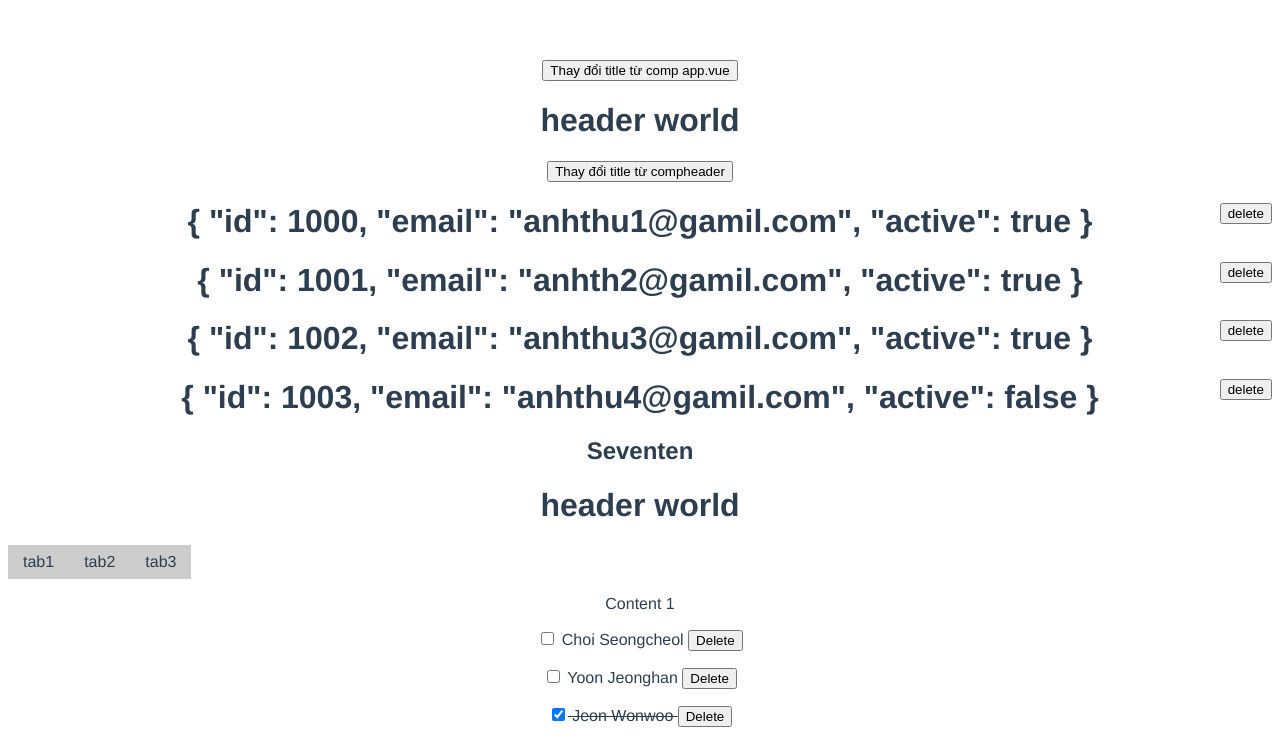
Repository: anhthu112/Todo-list
Page: /
The author's editor kept a copy of each file at every save. The page is drawn from the files as they stood at one save, then again after the next save.
The browser window is 1280 px wide. The pictures show the whole page.
The project was rebuilt for these pictures with package versions that can differ from the ones it lists, and the page was loaded fresh each time. Also part of the build but not shown: vue.config.js.

Above is the page before, as saved 2024-01-30 22:42:50.

### src/App.vue
<template>
  <div class="container">
    <button v-on:click="title='Yoon Jeonghan'">Thay đổi title từ comp app.vue</button>
    <CompHeader v-bind:titles="title"
    v-on:changeTitleEvents="changeTitleEvent"
    />
    <ListUser v-bind:listUser="listUser" v-bind:text="textSvt"
    v-on:deleteEvent="handleDeleteUser"
    />
    <ComFooter v-bind:title="title"/>
    <DemoRef>
      <p>mệt quá em muốn về nhà</p>
    </DemoRef>
  </div>
  <CompTodo v-on:deleteItem="deleteItem"/>

</template>

<script>
import CompHeader from './components/CompHeader.vue';
import ComFooter from './components/ComFooter.vue';
import ListUser from './components/ListUser.vue';
import DemoRef from './components/DemoRef.vue';
import CompTodo from './components/CompTodo.vue'
export default {
  name: 'App',
  data(){
    return {
      title:'header world',
      listUser : [
        {id:1000, email:'anhthu1@gamil.com', active: true},
        {id:1001, email:'anhth2@gamil.com', active: true},
        {id:1002, email:'anhthu3@gamil.com', active: true},
        {id:1003, email:'anhthu4@gamil.com', active: false}
      ],
      todo:
            [
            {id:1,
                title: "Choi Seongcheol",
                completed: false,
            },
            {id:2,
                title: "Yoon Jeonghan",
                completed: false,
            },
            {id:3,
                title: "Jeon Wonwoo",
                completed: true,
            },
            ],
      textSvt: "Seventen",
    }
  },
  components: {
    CompHeader,
    ComFooter,
    ListUser,
    DemoRef,
    CompTodo,
},
  methods:{
    changeTitleEvent(){
      console.log('sucess');
      this.title="Hello Anna";
    },
    handleDeleteUser(data) {
  console.log('mit moi', data);
  this.listUser = this.listUser.filter(a => a.id !== data.id);
  console.log(this.listUser);
  console.log(this.todo)
}

  }
}
</script>

<style>
#app {
  font-family: Avenir, Helvetica, Arial, sans-serif;
  -webkit-font-smoothing: antialiased;
  -moz-osx-font-smoothing: grayscale;
  text-align: center;
  color: #2c3e50;
  margin-top: 60px;
}
</style>

### src/components/CompHeader.vue
<template>
    <header>
        <h1>{{ titles }}</h1>
    </header>
    <button v-on:click="changeHeader">Thay đổi title từ compheader</button>
</template>
<script>
    export default{
        name: 'comp-header',
        props:{
            titles: String,
        },
        data (){
            return {
            }
        },
        methods:{
            changeHeader(){
                console.log('before');
                this.$emit('changeTitleEvents');
                console.log('after');
            }
        }
    }
</script>

### src/components/ComFooter.vue
<template>
    <footer>
            <h1>{{ title }}</h1>
    </footer>

</template>
<script>
    export default{
        name: 'comp-footer',
        props: {
            title: String,
        }
    }
</script>

### src/components/ListUser.vue
<template>
    <div class="list-user">
      <User v-for="users in listUser" v-bind:key="users.id" v-bind:user="users"
      v-on:deleteUsert="deleteUser"
       />
      <h2> {{ text }}</h2>
    </div>
</template>

  <script>
  import User from './User.vue';
  export default {
    name: 'ListUser',
    props: {
      listUser: {
        type: Array,
      },
      text: {
        type: String,
      }
    },
    components: {
      User,
    },
    methods:{
      deleteUser(data){
        this.$emit('deleteEvent', data)
        console.log('delete trong listuser',data)
      }
    }
  };
  </script>

### src/components/DemoRef.vue
<template>
    <CompTask>
        <ul class='tabs-header'>
            <li v-for="(item,index) in tabsHeader"
            v-bind:key="index"
            v-on:click="changeTab(index)"
            v-bind:class="{active: tabActive==index}"
            >{{ item.text }}</li>
        </ul>
        <div class="tab-content tab1" v-if="tabActive === 0">
            <p>Content 1</p>
        </div>
        <div class="tab-content tab2"  v-if="tabActive === 1">
            <p>Content 2</p>
        </div>
        <div class="tab-content tab3"  v-if="tabActive === 2">
            <p>Content 3</p>
        </div>
    </CompTask>
</template>

<script>
import CompTask from './CompTask.vue'
export default {
    name: 'demo-slot',
    components: {
        CompTask
    },
    data(){
        return {
            tabsHeader:[
                {text: 'tab1'},
                {text: 'tab2'},
                {text: 'tab3'},

            ],
            tabActive : 0
        }
    },
    methods: {
            changeTab(index){
                this.tabActive=index;
            }
        }
}
</script>
<style>
    .active{
        background: #000;
    }
</style>

### src/components/CompTodo.vue
<template>
  <TodoItem v-for="todo in todo" v-bind:key="todo.id" v-bind:todoProps="todo"
  v-on:item-complete="markComplete" v-on:deleteItem="deleteItem"
  />
</template>
<script>
import TodoItem from './TodoItem.vue'
// import {ref} from 'vue'
export default {
    name: 'ToDo',
    data (){
        return {
            todo:
            [
            {id:1,
                title: "Choi Seongcheol",
                completed: false,
            },
            {id:2,
                title: "Yoon Jeonghan",
                completed: false,
            },
            {id:3,
                title: "Jeon Wonwoo",
                completed: true,
            },
            ]
        }
    },

    methods: {
        markComplete (data) {
      console.log(data);
      data.completed = !data.completed;
      console.log(data.completed);
    }
    },
    deleteItem(data){
        console.log(this.todo);
        this.todo = this.todo.filter(a=>a.id!=data.id);
    },
    components: {
        TodoItem,
    }
}
</script>

<style>

</style>

### src/components/User.vue
<template>
    <div class="user">
        <h1>{{ user }}</h1>
        <button class="delete"
        v-on:click="handleDelete"
        >delete</button>
    </div>
</template>
<script>
    export default {
        name: 'userComponent',
        props:{
            user : {
                type: Object,
            }
        },
        methods:{
            handleDelete(){
                var data ={
                    id: this.user.id
                }
                console.log('hello');
                this.$emit('deleteUsert',data)
            }
        },
        data (){
            return {

            }
        }
    }
</script>
<style>
    .user{
        position: relative;
    }
    .delete{
        position: absolute;
        top:0;
        right:0;
    }
</style>

### src/components/CompTask.vue
<template>
    <h1>{{ title }}</h1>
    <slot></slot>
</template>

<script>
export default {
    name: 'comp-task',
    props:{
        title: String,
    },
    data (){
        return {

        }
    },
    methods: {

    }
}
</script>

<style>
    .tabs-header{
        margin:0;
        padding:0;
        display:flex;
        list-style: none;
    }
    .tabs-header li{
        padding: 8px 15px;
        background: #ccc;
        cursor: pointer;
    }
    .tabs-header li:hover{
        background: #333;
        color:#fff;
    }
</style>

### src/components/TodoItem.vue
<template>
    <p :class="['todo-item', todoProps.completed ? 'is-complete' : '']">
      <input type="checkbox" :checked="todoProps.completed" v-on:change="markItemCompleted"/>
      {{ todoProps.title }}
      <button v-on:click="deleteItem" class="btn-delete">Delete</button>
    </p>
  </template>

  <script>
  export default {
      name: 'todo-item',
      data (){
        return {
          // checkMark: this.todoProps.completed,
        }
      },
      props: ['todoProps'],
      methods:{
        markItemCompleted(){
          this.$emit('item-complete',this.todoProps);
        },
        deleteItem(){
          this.$emit('deleteItem', this.todoProps);
          console.log(this.todoProps)
        }
      }

  }
  </script>

  <style>
  .todo-item {
  }

  .is-complete {
      text-decoration: line-through;
  }
  </style>

Loaded but not shown: public/index.html (common file); src/main.js (common file)

After the next save:
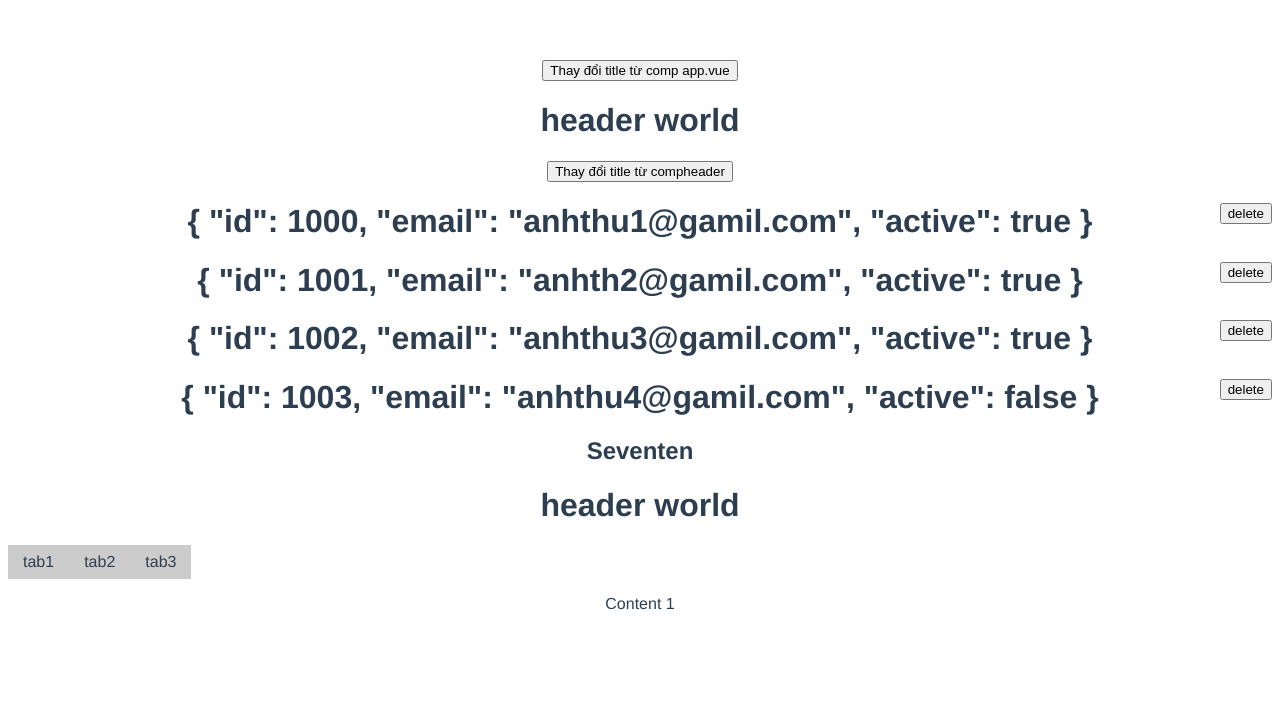
Saved 37 s later.
--- a/src/components/CompTodo.vue
+++ b/src/components/CompTodo.vue
@@ -10,21 +10,7 @@ export default {
     name: 'ToDo',
     data (){
         return {
-            todo:
-            [
-            {id:1,
-                title: "Choi Seongcheol",
-                completed: false,
-            },
-            {id:2,
-                title: "Yoon Jeonghan",
-                completed: false,
-            },
-            {id:3,
-                title: "Jeon Wonwoo",
-                completed: true,
-            },
-            ]
+
         }
     },
 
